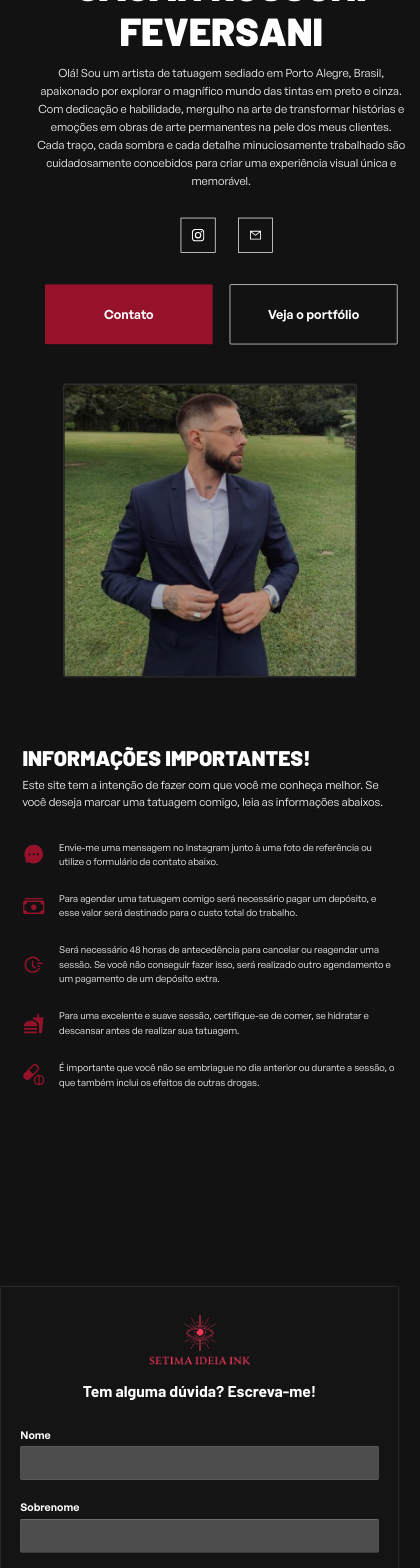
Repository: Leoka2000/S-tima-Ideia
Page: /
These files come from the project's save history. The page is drawn as it stood at one moment and after the next save; the edit follows.
The browser window is 600 px wide. The pictures show the part of the page from y = 4260 to 6500 px (the page is 7771 px tall), at 70% of full size.
Backgrounds fixed to the window are drawn as part of the page. The project was rebuilt for these pictures with package versions that can differ from the ones it lists, and the page was loaded fresh each time. Some packages were replaced by stand-ins written for this rebuild. Also part of the build but not shown: src/pages/main/instagram/instagram.css, src/pages/main/instagram/instagram.jsx, src/App.css, src/pages/portfolio/portfolio.css, src/data/database-common.js, src/pages/portfolio/loop-content.jsx, src/pages/portfolio/portfolio.jsx, src/pages/portfolio/index.jsx and 2 more. Imported but missing from the stored project, and not drawn on this page: src/assets/videos/cauan-video.mp4.

Above is the page before, as saved 2023-07-10 21:11:29.

### public/index.html
<!DOCTYPE html>
<html lang="en">
  <head>
    <meta charset="utf-8" />
    <link rel="icon" href="%PUBLIC_URL%/logo.png" />
    <meta name="viewport" content="width=device-width, initial-scale=1" />
    <meta name="theme-color" content="#000000" />
    <meta
      name="description"
      content=""
    />
    <link rel="apple-touch-icon" href="%PUBLIC_URL%/logo192.png" />
    <!--
      manifest.json provides metadata used when your web app is installed on a
      user's mobile device or desktop. See https://developers.google.com/web/fundamentals/web-app-manifest/
    -->
    <link rel="manifest" href="%PUBLIC_URL%/manifest.json" />
    <!--
      Notice the use of %PUBLIC_URL% in the tags above.
      It will be replaced with the URL of the `public` folder during the build.
      Only files inside the `public` folder can be referenced from the HTML.

      Unlike "/favicon.ico" or "favicon.ico", "%PUBLIC_URL%/favicon.ico" will
      work correctly both with client-side routing and a non-root public URL.
      Learn how to configure a non-root public URL by running `npm run build`.
    -->
    <title>Setima Ideia</title>
  </head>
  <body>
    <noscript>You need to enable JavaScript to run this app.</noscript>
    <div id="root"></div>
    <!--
      This HTML file is a template.
      If you open it directly in the browser, you will see an empty page.

      You can add webfonts, meta tags, or analytics to this file.
      The build step will place the bundled scripts into the <body> tag.

      To begin the development, run `npm start` or `yarn start`.
      To create a production bundle, use `npm run build` or `yarn build`.
    -->
  </body>
</html>

### src/pages/main/index/index.jsx
import React from 'react'
import Hero from '../hero/hero'
import About from '../about/about'
import Carousel from '../carousel/carousel'
import HorizontalParallax2 from '../carousel/carousel2'
import LookPortfolio from '../olhe-portfolio'
import Video from '../video/video'
import Instagram from '../instagram/instagram'
import Form from '../contact/form'
import Contact from '../contact'
import Sobre from '../../sobre/about/about'

const index = () => {
  return (
    <>
      <Hero/>
      <About/>
      <Carousel/>
      <HorizontalParallax2/>
      <LookPortfolio/>
      <Video/>
      <Sobre/>
      {/* <Instagram/> */}
      <Contact/>
    </>
  )
}

export default index

### src/pages/sobre/about/about.jsx
import React from 'react'
import "./about.css"
import { BsFacebook } from 'react-icons/bs'
import { BsInstagram } from 'react-icons/bs'
import { AiOutlineMail } from 'react-icons/ai'
import cauan from '../../../assets/images/cauan.jpg'
import {Link} from 'react-scroll'

const Sobre = () => {
  return (
    <section id='about' className='sobre-section'>
      <main>
        <div className='sobre-left'>
          <h2>Tatuador na equipe Família Bagé.</h2>
          <h1>Cauan Rossoni Feversani</h1>
          <p>Olá! Sou um artista de tatuagem sediado em Porto Alegre, Brasil, apaixonado por explorar o magnífico mundo das tintas em preto e cinza. Com dedicação e habilidade, mergulho na arte de transformar histórias e emoções em obras de arte permanentes na pele dos meus clientes. Cada traço, cada sombra e cada detalhe minuciosamente trabalhado são cuidadosamente concebidos para criar uma experiência visual única e memorável. </p>
          <div className='sobre-icons-wrapper'>
            <a target='_blank' href='https://www.instagram.com/setimaideia.ink'>
              <BsInstagram />
            </a>
            <a href='mailto:contato.cauanrf@gmail.com'>
              <AiOutlineMail />
            </a>
          </div>
          <div className='sobre-button-wrapper'>
          <Link style={{ textDecoration: 'none' }} spy={true} smooth={true} offset={100} duration={500} to='form' ><button className='solid'>Contato</button></Link>
            <a target='_blank' href='https://www.instagram.com/setimaideia.ink'><button className='transparent'>Veja o portfólio</button></a>
          </div>
        </div>
        <div className='sobre-right'>
          <img alt='cauan' src={cauan}/>
        </div>
      </main>
    </section>
  )
}

export default Sobre

### src/components/footer/footer.jsx
import { useEffect } from 'react'
import './footer.css'
import { BsFacebook } from 'react-icons/bs'
import { BsInstagram } from 'react-icons/bs'
import { AiOutlineMail } from 'react-icons/ai'
import machine from '../../assets/icons/tattoo-machine.png'
import bage from '../../assets/brand/bage.jpg'
import { useLocation } from 'react-router-dom'
import { Link } from 'react-scroll'

const Footer = () => {

    const location = useLocation();

    useEffect(() => {
        window.scrollTo(0, 0);
    }, [location.pathname]);


    return (
        <footer>
            <main>
                <div className='footer-left'>
                    <div className='footer-cauan'>
                        <img src={machine} />
                        <p>Cauan Rossoni</p>
                    </div>

                    <div className='footer-icons-wrapper'>
                        <a target='_blank' href='https://www.instagram.com/setimaideia.ink/'>< BsInstagram /></a>
                        <a target='_blank' href='mailto:contato.cauanrf@gmail.com'><AiOutlineMail /></a>
                    </div>
                </div>
                <div className='footer-middle'>
                    <h1>Páginas</h1>
                    <Link style={{ textDecoration: 'none' }} spy={true} smooth={true} offset={100} duration={500} to='inicio' >Início</Link>
                    <Link style={{ textDecoration: 'none' }} spy={true} smooth={true} offset={100} duration={500} to='portfolio' >Portfolio</Link>
                    <Link style={{ textDecoration: 'none' }} spy={true} smooth={true} offset={100} duration={500} to='about' >Sobre</Link>
                </div>
                <div className='footer-right'><a target='_blank' href='https://www.instagram.com/_familiabagetattoo_/'><img src={bage} /></a></div>
            </main>
            <div className='leo-tag'>
                <p>Desenvolvido por <a target='_blank' style={{textDecoration: 'none'}} href='https://www.linkedin.com/in/leoreus/'>Leo Reus Oliveira</a></p>
            </div>
        </footer>
    )
}

export default Footer

### src/pages/main/hero/hero.jsx
import React from 'react';
import { motion } from 'framer-motion';
import './hero.css';
import logo from '../../../assets/brand/logoCorrected.png';
import { Link } from 'react-scroll';

const Hero = () => {
  const text = "Olá, aqui é o Cauan, bem-vindo ao meu website!";

  const parentVariants = {
    animate: {
      transition: {
        staggerChildren: 0.05,
      },
    },
  };

  const childVariants = {
    initial: {
      y: 20,
      opacity: 0,
    },
    animate: {
      y: 0,
      opacity: 1,
    },
  };

  return (
    <section id='inicio' className="hero-section">
      <div className="hero-wrapper">
        <img src={logo} alt="logo" />
        <motion.h1 variants={parentVariants} initial="initial" animate="animate">
          {text.split("").map((letter, index) => (
            <motion.span key={index} variants={childVariants}>{letter}</motion.span>
          ))}
        </motion.h1>
        <h2>Clique no botão abaixo para saber mais.</h2>
        <div>
          <Link to='sobre' className="colored-hero" style={{textDecoration: 'none'}} spy={true} smooth={true} offset={100} duration={500}>Saiba mais</Link>
        </div>
      </div>
    </section>
  );
};

export default Hero;

### src/pages/main/carousel/carousel.jsx
import C1 from '../../../assets/carousel/c1.jpg'
import C2 from '../../../assets/carousel/c2.jpg'
import C3 from '../../../assets/carousel/c4.jpg'
import C4 from '../../../assets/carousel/c5.jpg'
import C5 from '../../../assets/carousel/c6.jpg'
import C6 from '../../../assets/carousel/c7.jpg'
import C7 from '../../../assets/carousel/c20.jpg'
import C8 from '../../../assets/carousel/c11.jpg'
import C9 from '../../../assets/carousel/c12.jpg'

import C11 from '../../../assets/carousel/c15.jpg'
import C12 from '../../../assets/carousel/c16.jpg'
import C13 from '../../../assets/carousel/c17.jpg'
import C15 from '../../../assets/carousel/c19.jpg'
import C16 from '../../../assets/carousel/c21.jpg'





import React, {useState, useEffect} from "react";
import './carousel.css'

const images = [
  C1,
  C5,
  C4,
  C3,
  C7,
  C2,
  C6,
  //  C10,
  C8,
  C9,

  C11,
  C12,
  // C14,
  C13,
  C15,
  C16,
  // C17,



];

const HorizontalParallax = () => {
  const [scrollY, setScrollY] = useState(0);

  useEffect(() => {
    const handleScroll = () => {
      setScrollY(window.scrollY);
    };

    window.addEventListener("scroll", handleScroll);

    return () => {
      window.removeEventListener("scroll", handleScroll);
    };
  }, []);

  const calculateX = (scrollY) => {
    const minScroll = 0;
    const maxScroll = 2000;
    const minX = 0;
    const maxX = -2000;

    return (scrollY - minScroll) * ((maxX - minX) / (maxScroll - minScroll)) + minX;
  };

  const x = calculateX(scrollY);

  return (
    <div className="horizontal-parallax">
      <div className="images-container" style={{ transform: `translateX(${x}px)` }}>
        {images.map((image, index) => (
          <div key={index} className="image">
            <img src={image} alt={`Image ${index}`} />
          </div>
        ))}
      </div>
    </div>
  );
};

export default HorizontalParallax;

### src/pages/main/carousel/carousel2.jsx
import React, { useState, useEffect } from "react";
import './carousel.css'
import C1 from '../../../assets/carousel/c1.jpg'
import C2 from '../../../assets/carousel/c2.jpg'
import C13 from '../../../assets/carousel/c4.jpg'
import C4 from '../../../assets/carousel/c5.jpg'
import C5 from '../../../assets/carousel/c6.jpg'
import C6 from '../../../assets/carousel/c7.jpg'
// import C7 from '../../../assets/carousel/c10.jpg'
import C8 from '../../../assets/carousel/c11.jpg'
import C9 from '../../../assets/carousel/c12.jpg'
// import C10 from '../../../assets/carousel/c13.jpg'
import C11 from '../../../assets/carousel/c15.jpg'
import C12 from '../../../assets/carousel/c16.jpg'
// import C13 from '../../../assets/carousel/c17.jpg'
import C15 from '../../../assets/carousel/c19.jpg'
import C16 from '../../../assets/carousel/c21.jpg'

const images = [
  C1,
  C5,
  C4,
  // C7,
  C2,
  C6,
  C13,
  C8,
  C9,
  // C10,
  C11,
  C12,
  // C13,
  C15,
  C16,
  // C17,
  // C18,
];

const HorizontalParallax2 = () => {
  const [scrollY, setScrollY] = useState(0);

  useEffect(() => {
    const handleScroll = () => {
      setScrollY(window.scrollY);
    };

    window.addEventListener("scroll", handleScroll);

    return () => {
      window.removeEventListener("scroll", handleScroll);
    };
  }, []);

  const calculateX = (scrollY) => {
    const minScroll = 0;
    const maxScroll = 3000;
    const minX = -2000;
    const maxX = 0;

    return (scrollY - minScroll) * ((maxX - minX) / (maxScroll - minScroll)) + minX;
  };

  const x = calculateX(scrollY);

  return (
    <div className="horizontal-parallax">
      <div className="images-container" style={{ transform: `translateX(${x}px)` }}>
        {images.map((image, index) => (
          <div key={index} className="image">
            <img src={image} alt={`Image ${index}`} />
          </div>
        ))}
      </div>
    </div>
  );
};

export default HorizontalParallax2;

### src/pages/main/olhe-portfolio/index.jsx
import React from 'react'
import './index.css'
import img from '../../../assets/images/Signature.jpg'
import silhouete from '../../../assets/icons/about-tattoo-machine.png'
import clown from '../../../assets/icons/rose.png'
import { useInView } from 'react-intersection-observer';
import { motion } from 'framer-motion'
import { Link } from 'react-router-dom'

const LookPortfolio = () => {

  const [ref1, inView1] = useInView({
    threshold: 0.3,
    triggerOnce: true,
    delay: 0.7
  });

  const [ref2, inView2] = useInView({
    threshold: 0.3,
    triggerOnce: true,
    delay: 0.9
  });

  return (
    <section id='portfolio' className='look-portfolio-section'>
      <img alt='silhouete' className='silhouete' src={silhouete} />
      <img alt='silhouete' className='clown' src={clown} />
      <motion.div
        ref={ref1}
        initial={{ opacity: 0 }}
        animate={inView1 ? { opacity: 1 } : { opacity: 0 }}
        transition={{ duration: 1 }}
        className='look-portfolio-left'>
        <img src={img} />
      </motion.div>
      <br/>
      <motion.div
        ref={ref2}
        initial={{ opacity: 0 }}
        animate={inView2 ? { opacity: 1 } : { opacity: 0 }}
        transition={{ duration: 1 }}
        className='look-portfolio-right'>
        <h1>Confira o meu portfólio!</h1>
        <p>Clique no link a baixo para acessar o meu portfólio no Instagram. Lá, você pode encontrar uma exposição dos meus trabalhos atualizados.</p>
        <a
         style={{textDecoration:'none'}} target='_blank' href='https://www.instagram.com/setimaideia.ink/'>Saiba mais</a>
      </motion.div>

    </section>
  )
}

export default LookPortfolio

### src/pages/main/video/video.jsx
import React, { useState } from 'react';
import './video.css';
import cauan from '../../../assets/videos/cauan-video.mp4'
import thumb from '../../../assets/images/Thumbnail.jpg'
import { FaPlay, FaTimes } from "react-icons/fa";

function Video() {
    const [showVideo, setShowVideo] = useState(false);

    function handlePlayClick() {
        setShowVideo(true);
        document.body.style.overflow = 'hidden';
    }

    function handleCloseClick() {
        setShowVideo(false);
        document.body.style.overflow = 'visible';
    }

    return (
        <section className="video-thumbnail">
            <div className='overlay-effect'>
                <div
                    className="thumbnail-image"

                >
                    <button
                        className="play-button"
                        onClick={handlePlayClick}
                    >
                        <FaPlay className="play-icon" />
                    </button>
                </div>
                {showVideo && (
                    <div className="video-overlay">
                        <button className="close-button" onClick={handleCloseClick}>
                            <FaTimes className="close-icon" />
                        </button>
                        <div className="video-wrapper">
                            <video src={cauan} controls autoPlay />
                        </div>
                    </div>
                )}
            </div>
        </section>
    );
}

export default Video

### src/pages/main/contact/index.jsx
import React from 'react'
import Form from './form'
import './form.css'
import { useInView } from 'react-intersection-observer';
import { motion } from 'framer-motion'
import { AiFillMessage } from 'react-icons/ai'
import { AiOutlineFieldTime } from 'react-icons/ai'
import { BsCashStack } from 'react-icons/bs'
import { MdFastfood} from 'react-icons/md'
import {BsCapsulePill} from 'react-icons/bs'

const Index = () => {

  const [ref1, inView1] = useInView({
    threshold: 0.7,
    triggerOnce: true,
    delay: 0.9
  });

  return (
    <section className='form-section-parent'>

      <motion.header
        ref={ref1}
        initial={{ opacity: 0 }}
        animate={inView1 ? { opacity: 1 } : { opacity: 0 }}
        transition={{ duration: 1 }}
        className='form-header'>
        <h1>INFORMAÇÕES IMPORTANTES!</h1>
        <p>Este site tem a intenção de fazer com que você me conheça melhor. Se você deseja marcar uma tatuagem comigo, leia as informações abaixos.</p>
        <div className='row-wrapper'>
          <div>
            <span><AiFillMessage /></span>
            <p>Envie-me uma mensagem no Instagram junto à uma foto de referência ou utilize o formulário de contato abaixo.</p>
          </div>
          <div>
            <span><BsCashStack /></span>
            <p>Para agendar uma tatuagem comigo será necessário pagar um depósito, e esse valor será destinado para o custo total do trabalho.</p>
          </div>
          <div>
            <span><AiOutlineFieldTime /></span>
            <p>Será necessário 48 horas de antecedência para cancelar ou reagendar uma sessão. Se você não conseguir fazer isso, será realizado outro agendamento e um pagamento de um depósito extra.</p>
          </div>
          <div>
            <span><MdFastfood /></span>
            <p>Para uma excelente e suave sessão, certifique-se de comer, se hidratar e descansar antes de realizar sua tatuagem.</p>
          </div>
          <div>
            <span><BsCapsulePill/></span>
            <p>É importante que você não se embriague no dia anterior ou durante a sessão, o que também inclui os efeitos de outras drogas.</p>
          </div>

        </div>

      </motion.header>
      <Form />
    </section >
  )
}

export default Index

### src/pages/main/carousel/carousel.css
.horizontal-parallax {
  position: relative;
  width: 100%;
  height: 400px;
  overflow-x: hidden;
}

.images-container {
  position: absolute;
  top: 0;
  left: 0;
  height: 100%;
  white-space: nowrap;
}

.image {
  display: inline-block;
  width: 400px;
  height: 350px;
  margin-right: 20px;
  overflow: hidden;
}

.image img {
  width: 100%;
  height: 100%;
  object-fit: cover;
  border-radius: 4px;
  box-shadow: 0 2px 4px rgba(0, 0, 0, 0.3);
}

@media screen and (max-width: 650px) {
  .image {
    display: inline-block;
    width: 210px;
    height: 245px;
    margin-right: 20px;
    overflow: hidden;
  }
  .horizontal-parallax {
    position: relative;
    width: 100%;
    height: 350px;
    overflow-x: hidden;
  }

}

### src/pages/main/contact/form.css
.form-section-parent {
    display: flex;
    flex-direction: column;
}
input:focus, textarea:focus {
    border-color: #f8133c;
}
.form-header {
    padding-top: 1rem;
    padding-bottom: 1rem;
    text-align: left;
    display: flex;
    flex-direction: column;
    justify-content: center;
    align-items: start;
    margin-left: 10rem;

}
.form-header > h1 {
    font-family: Barlow, sans-serif;
color: #fff;
font-size: 3rem;
line-height: 1.244em;
font-weight: 900;
text-transform: uppercase;
margin-bottom: 0.5rem;




}
.form-header > p {
width: 700px;
margin-bottom: 1.5rem;
font-size: 1.2rem;
line-height: 1.6rem;
font-weight: 500;
text-align: left;

}
.row-wrapper {
    display: flex;
    flex-direction: column;
    align-items: start;
    text-align: left;
    gap: 2rem;
    margin-top: 1rem;

}

.row-wrapper > div {
    display: flex;
    align-items: center;
    justify-content: center;
    gap: 1.3rem;
}
.row-wrapper > div > p {
    max-width: 39rem;
    font-size: 0.95rem;
    line-height: 1.5rem;
}
.row-wrapper > div > span{
    font-size: 2rem;
    border-radius: 100%;

    color: #96122a;

}

.form-section {
    position: relative;
    display: flex;
    flex-direction: column;
    color: rgb(218, 218, 218);
    align-items: start;
    padding: 35rem 0rem 27rem 0rem;
    margin-top: 5rem 0 5rem 0;
}
.cauan-img {
    position: absolute;
    background-image: linear-gradient(180deg, rgba(0, 0, 0, 0.6), rgba(0, 0, 0, 0.6)), url('../../../assets/images/contato.jpg');
width:100%;
height: 100%;
background-position: 0px 0px, 100% 50%;
background-size: auto, auto 100vh;
background-attachment: scroll, fixed;
top: 0;
right: 0;
}



form {
    position: absolute;
    left: 4rem;
    bottom:4rem;
display: flex;
flex-direction: column;
gap: 1rem;
border-radius: 5px;
align-items: center;
background-color: rgb(20, 20, 20);
border: 1px solid #393939;
width: 40rem;

padding: 2rem;

}

form > header {
    font-size: 2rem;
    margin-bottom: 1rem;
    display: flex;
    justify-content: space-between;
    width: 100%;
    align-items: center;
}
form > header > h1 {
    font-family: Barlow, sans-serif;
    line-height: 2.43rem;
    font-weight: 600;
}
form > header > img {
   width: 15rem;
}
.flex-div {
    display: flex;
    width: 100%;
    gap: 1rem;
}
label {
    margin-bottom: 0.1rem;
    font-weight: 500;
    font-size: 0.95rem;
}
.error-message {
    font-size: 0.8rem;
    color: red;
}
.form-row {
    display: flex;
    flex-direction: column;
    width: 100%;
    border: none;


}

.success {
    color: green;
    font-size: 1rem;
  }
.form-input {
background-color: rgba(212, 212, 212, 0.3);
border-radius: 2px;
padding: 0.5rem;
border: 1px solid rgba(212, 212, 212, 0.3) ;
outline: none;
font-weight: 300;
color: rgb(255, 255, 255);

margin-bottom: 0.5rem;

}
#checkbox-wrapper {
    align-items: start;
}

.input-error {
    background-color: rgba(212, 212, 212, 0.3);

border: red 1px solid;
border-radius: 3px;
padding: 0.5rem;
color: rgb(255, 255, 255);


}
textarea {
    background-color: rgba(212, 212, 212, 0.3);
    outline: none;
    border: none;
    height: 6rem;
    padding: 0.5rem;
    border-radius: 2px;
    margin-bottom: 0.5rem;
}
.form-button {
    padding: 1rem;
    cursor: pointer;
    justify-content: center;
    border: 1px solid transparent;
    border-radius: 2px;
    background-color: #96122a;
    transition: box-shadow 300ms ease, transform 300ms ease;
    font-family: 'General Sans', sans-serif;
    color: #fff;
    line-height: 1.111em;
    font-weight: 700;
    text-align: center;
    text-decoration: none;
    text-transform: none;
    transform-style: preserve-3d;
    width: 100%;

}

.form-button:hover {
    box-shadow: 0 10px 20px 0 rgba(248, 19, 60, 0.2);
    transform: translate3d(0px, -3px, 0.01px);
    color: #fff;
}


.swal2-styled {
    background-color: #bc9864;

}
@media (max-width: 950px) {
    .form-header {
        padding: 2rem 1rem 5rem 1rem;
        text-align: center;
        display: flex;
        flex-direction: column;
        justify-content: center;
        align-items: left;
        margin-left: 0rem;

}
.form-header > p {
    width: 600px;
}
}
@media (max-width: 868px) {
    form > header {
        flex-direction: column-reverse;
        gap: 1rem;
        text-align: center;

    }
    .form-header > h1 {
        margin-bottom: 0.5rem;
         font-size: 1.9rem;
         text-align: left;
         color: #fff;

         line-height: 1.196em;
         font-weight: 900;
         text-transform: uppercase;
     }
     .row-wrapper > div > p {
       width: 90%;
        font-size: 0.85rem;
        line-height: 1.3rem;
    }
    .row-wrapper > div > span {
        font-size: 1.9rem;
    }

    .form-header > p {
   font-size: 1rem;
   font-weight: 400;

    }
    .form-section {
        height: 80rem;
    }
    form {
        display: flex;
        flex-direction: column;
        gap: 1rem;
        left: 1.5rem;
    bottom:1.5rem;
        align-items: center;
        border-radius: 2px;

        }
        form > header > h1 {
            font-family: Barlow, sans-serif;
            line-height: 1.85rem;
            font-weight: 700;

            font-size: 1.4rem;

        }
    .flex-div {
        flex-direction: column;
    }
    .cauan-img {
        position: absolute;
        background-image: linear-gradient(180deg, rgba(0, 0, 0, 0.6), rgba(0, 0, 0, 0.6)), url('../../../assets/images/contato.jpg');
    width:100%;
    height: 80rem;
    background-position: 0px 0px, 100% 50%;
    background-size: auto, auto 100vh;
    background-attachment: scroll, fixed;
    top: 0;
    right: 0;
    }
}
@media (max-width: 650px) {
    .form-section {
        display: flex;
        flex-direction: column;
        color: white;

        padding: 2rem 0rem 0rem 0rem;
      align-items: center;
    }
    .form-header {
        margin-right: 1rem;
        margin-left: 1rem;
        padding-top: 2rem;
        padding-bottom: 2rem;

    }
    .form-header > p {
        width: 100%;
    }
    form {
        width: 95%;
        bottom: 7rem;
        left: 0;
        padding-right: 1.75rem;
        padding-left: 1.75rem;
        margin-bottom: 0rem;

    }

    .cauan-img {
        height: 90rem;
        display: none;
    }
    form > header > img {
        width: 10rem;
     }
    }

Loaded but not shown: src/index.js (36 lines, source omitted); src/routes.js (29 lines, source omitted); src/components/navbar/navbar.css (298 lines, source omitted); src/pages/sobre/about/about.css (273 lines, source omitted); src/pages/main/about/about.css (266 lines, source omitted); src/pages/main/contact/form.jsx (95 lines, source omitted); src/pages/main/hero/hero.css (175 lines, source omitted); src/index.css (107 lines, source omitted); src/pages/main/olhe-portfolio/index.css (156 lines, source omitted); src/components/footer/footer.css (152 lines, source omitted); src/components/navbar/navbar.jsx (78 lines, source omitted); src/pages/main/video/video.css (140 lines, source omitted); src/pages/main/about/about.jsx (57 lines, source omitted)

After the next save:
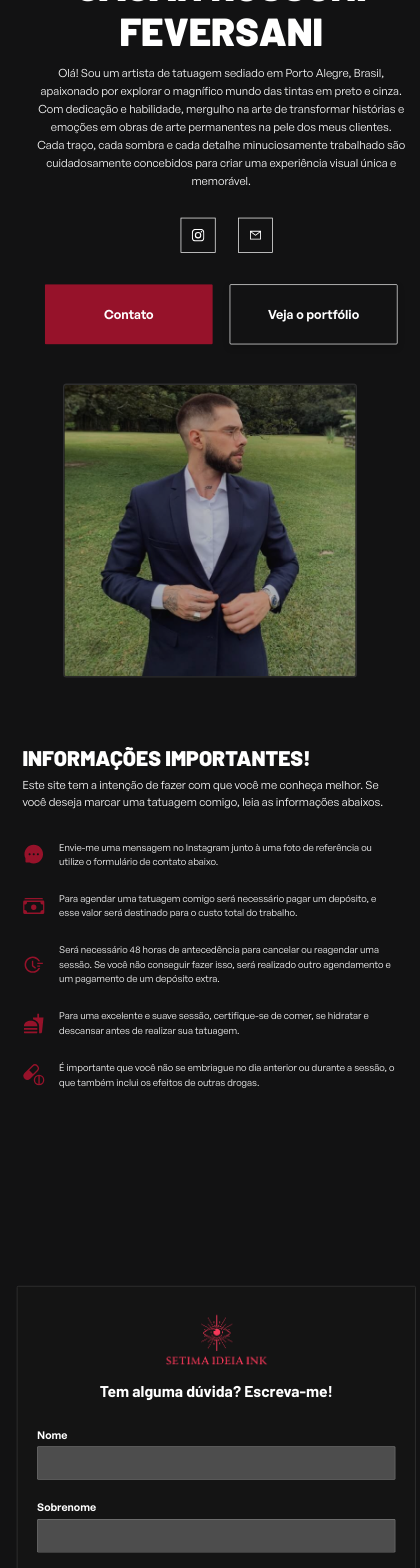
Saved 8 s later.
--- a/src/pages/main/contact/form.css
+++ b/src/pages/main/contact/form.css
@@ -320,7 +320,7 @@ textarea {
     form {
         width: 95%;
         bottom: 7rem;
-        left: 0;
+
         padding-right: 1.75rem;
         padding-left: 1.75rem;
         margin-bottom: 0rem;
